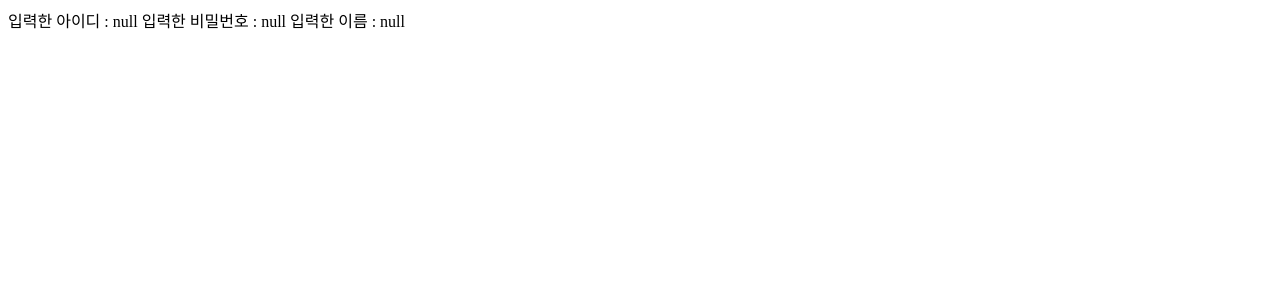
Repository: Luho0113/SpringBootStudy
Page: http://localhost/web/user-update-ok.jsp
An editor plug-in stored every save of this project. The page is shown before and after the next save, followed by the edit.
The browser window is 1280 px wide. The pictures show the whole page.
The page is served by Tomcat 9. Other server files are loaded and not shown.

Above is the page before, as saved 2023-05-04 02:57:08.

### web/src/main/webapp/user-update-ok.jsp
<%@ page language="java" contentType="text/html; charset=UTF-8"
    pageEncoding="UTF-8"%>

<%
String uiId = request.getParameter("uiId");
String uiPwd = request.getParameter("uiPwd");
String uiName = request.getParameter("uiName");
%>

입력한 아이디 : <%=uiId %>
입력한 비밀번호 : <%=uiPwd %>
입력한 이름 : <%=uiName %>

After the next save:
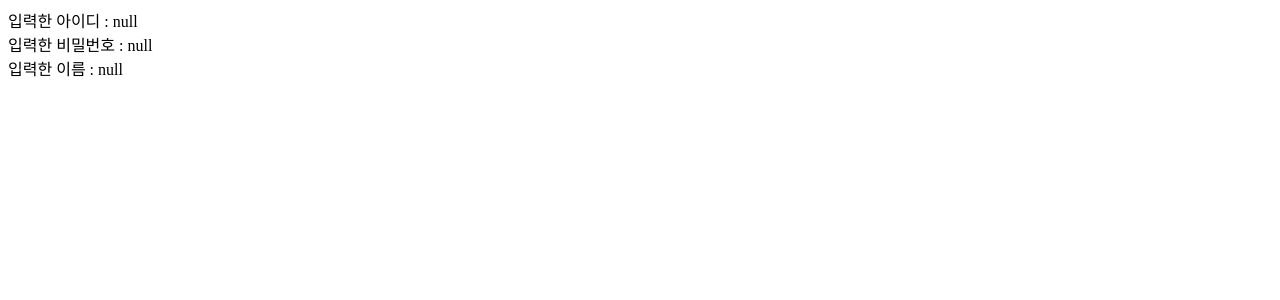
Saved 12 s later.
--- a/web/src/main/webapp/user-update-ok.jsp
+++ b/web/src/main/webapp/user-update-ok.jsp
@@ -7,6 +7,6 @@ String uiPwd = request.getParameter("uiPwd");
 String uiName = request.getParameter("uiName");
 %>
 
-입력한 아이디 : <%=uiId %>
-입력한 비밀번호 : <%=uiPwd %>
-입력한 이름 : <%=uiName %>
+입력한 아이디 : <%=uiId %> <br>
+입력한 비밀번호 : <%=uiPwd %> <br>
+입력한 이름 : <%=uiName %> <br>
